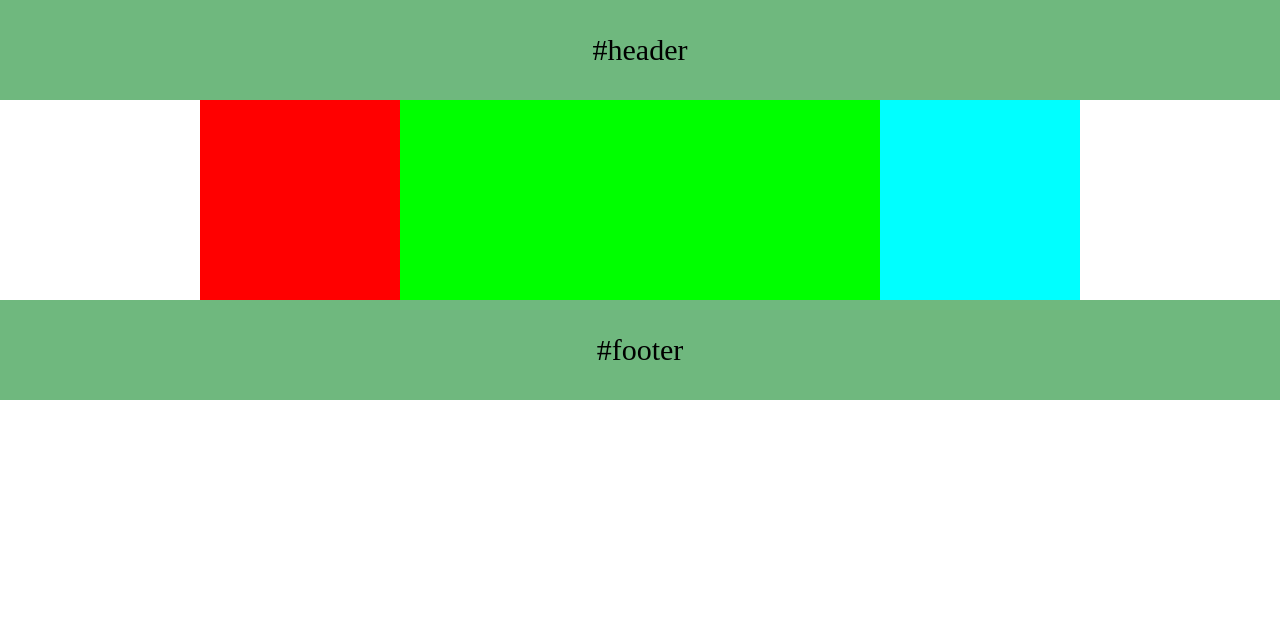
Repository: LstHeart/html-learning
Page: css/圣杯布局.html
The author's editor kept a copy of each file at every save. The page is drawn from the files as they stood at one save, then again after the next save.
The browser window is 1280 px wide. The pictures show the whole page.

Above is the page before, as saved 2021-01-06 22:05:19.

After the next save:
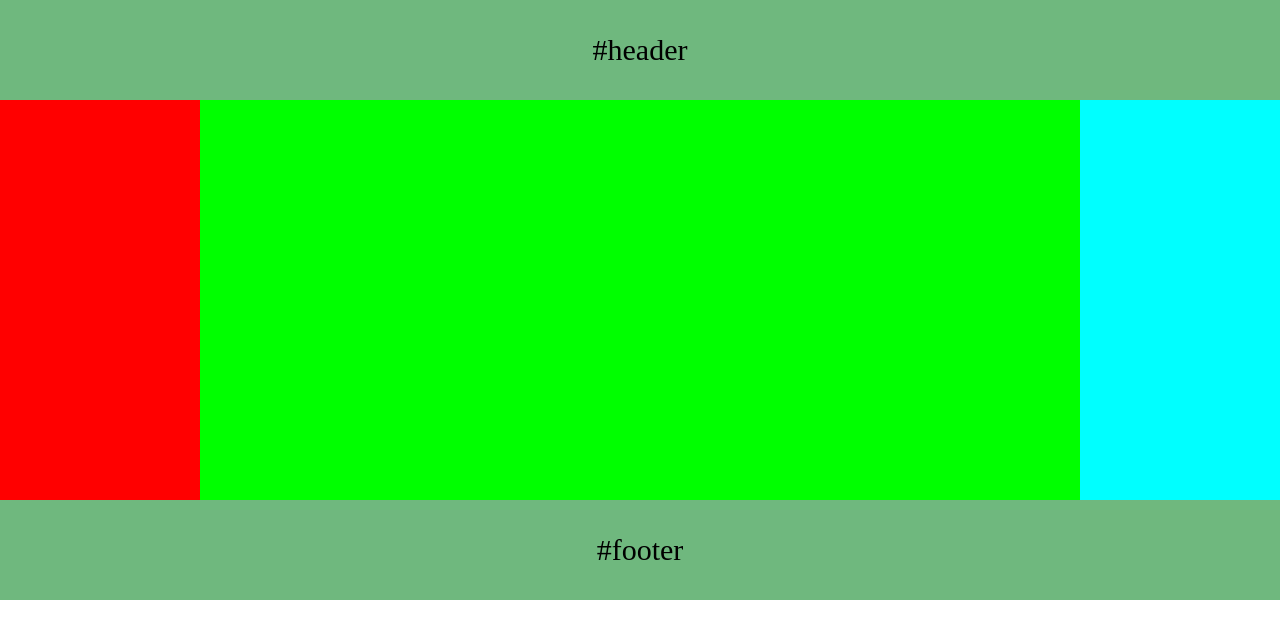
Saved 46 s later.
--- a/css/圣杯布局.css
+++ b/css/圣杯布局.css
@@ -17,12 +17,12 @@ body{
 }
 /* 主体 */
 .container{
-    padding: 0 400px;
+    padding: 0 200px;
     overflow: hidden;
 }
 .column{
     float: left;
-    height: 200px;
+    height: 400px;
     position: relative;
 }
 .left{
